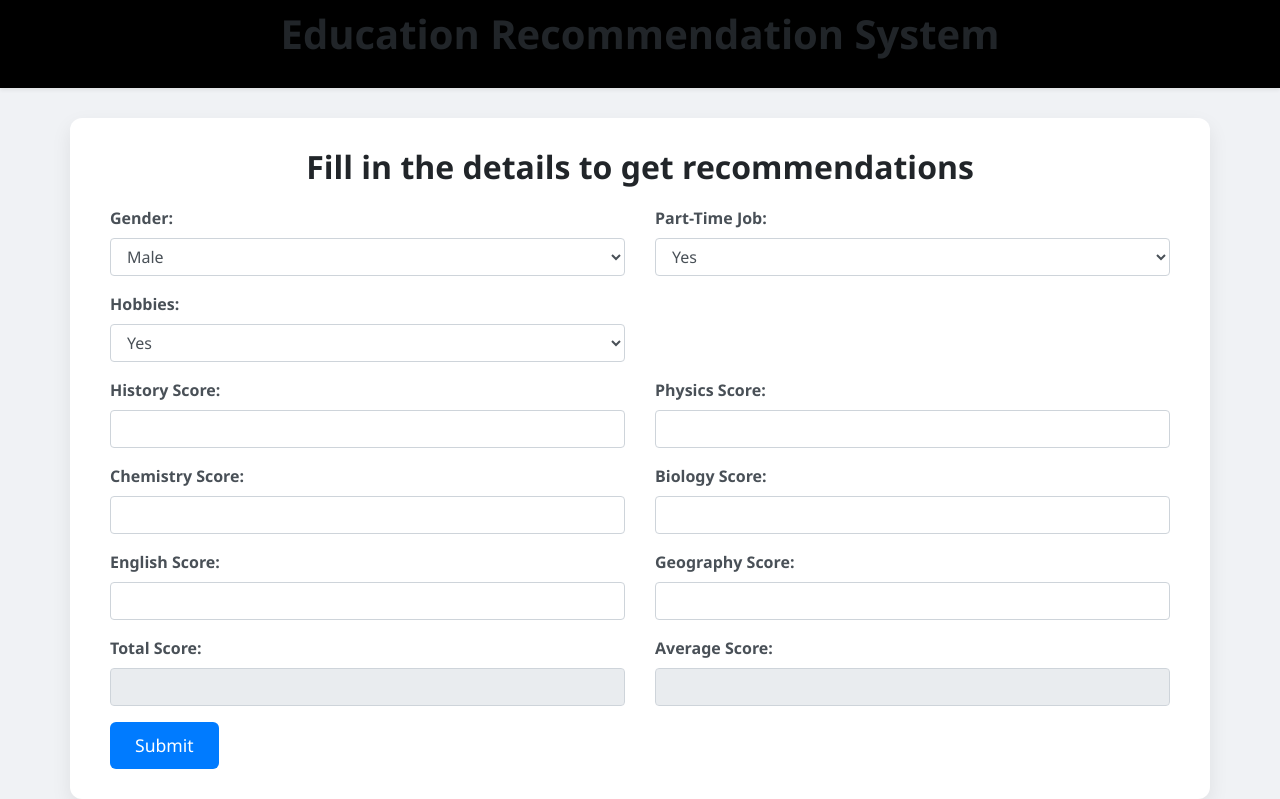
Repository: Srikeerthi05/Smart-career-guidance-system
Page: http://localhost/
An editor plug-in stored every save of this project. The page is shown before and after a run of saves, followed by the edit.
The browser window is 1280 px wide. The pictures show the whole page.
The page is served by the project's application, run on Flask 3 (app.py).

Above is the page before, as saved 2025-06-01 19:03:21.

### templates/recommend.html
<!DOCTYPE html>
<html lang="en">
<head>
    <meta charset="UTF-8">
    <meta name="viewport" content="width=device-width, initial-scale=1.0">
    <title>Studies Recommendation</title>
    <link rel="stylesheet" href="https://maxcdn.bootstrapcdn.com/bootstrap/4.5.2/css/bootstrap.min.css">
    <style>
       body {
    background-color: #f0f2f5;  /* softer light background */
    font-family: 'Segoe UI', Tahoma, Geneva, Verdana, sans-serif;
    color: #222;
}

.mynav {
    background-color: #343a40; /* dark gray/navy instead of black for modern feel */
    color: #fff;
    font-weight: 600;
    padding: 15px 0;
    box-shadow: 0 2px 6px rgba(0,0,0,0.2);
    margin-bottom: 30px;
}

h1, h2 {
    font-weight: 700;
    color: #212529;
    margin-bottom: 20px;
}

.form-control:focus {
    border-color: #007bff;
    box-shadow: 0 0 8px rgba(0,123,255,0.3);
}

.btn-primary {
    background-color: #007bff;
    border: none;
    padding: 10px 25px;
    font-size: 1.1rem;
    transition: background-color 0.3s ease;
    border-radius: 6px;
}

.btn-primary:hover {
    background-color: #0056b3;
}

.form-group label {
    font-weight: 600;
    color: #495057;
}

/* Add subtle shadows and rounded corners for containers */
.container {
    background-color: #fff;
    padding: 30px 40px;
    border-radius: 12px;
    box-shadow: 0 8px 20px rgba(0, 0, 0, 0.08);
}
body {
    background-color: #f0f2f5;  /* softer light background */
    font-family: 'Segoe UI', Tahoma, Geneva, Verdana, sans-serif;
    color: #222;
}

.mynav {
    background-color: #343a40; /* dark gray/navy instead of black for modern feel */
    color: #fff;
    font-weight: 600;
    padding: 15px 0;
    box-shadow: 0 2px 6px rgba(0,0,0,0.2);
    margin-bottom: 30px;
}

h1, h2 {
    font-weight: 700;
    color: #212529;
    margin-bottom: 20px;
}

.form-control:focus {
    border-color: #007bff;
    box-shadow: 0 0 8px rgba(0,123,255,0.3);
}

.btn-primary {
    background-color: #007bff;
    border: none;
    padding: 10px 25px;
    font-size: 1.1rem;
    transition: background-color 0.3s ease;
    border-radius: 6px;
}

.btn-primary:hover {
    background-color: #0056b3;
}

.form-group label {
    font-weight: 600;
    color: #495057;
}

/* Add subtle shadows and rounded corners for containers */
.container {
    background-color: #fff;
    padding: 30px 40px;
    border-radius: 12px;
    box-shadow: 0 8px 20px rgba(0, 0, 0, 0.08);
}

    </style>
    <script>
        function calculateScores() {
            var mathScore = parseFloat(document.getElementById("math_score").value);
            var historyScore = parseFloat(document.getElementById("history_score").value);
            var physicsScore = parseFloat(document.getElementById("physics_score").value);
            var chemistryScore = parseFloat(document.getElementById("chemistry_score").value);
            var biologyScore = parseFloat(document.getElementById("biology_score").value);
            var englishScore = parseFloat(document.getElementById("english_score").value);
            var geographyScore = parseFloat(document.getElementById("geography_score").value);

            var totalScore = mathScore + historyScore + physicsScore + chemistryScore + biologyScore + englishScore + geographyScore;
            var averageScore = totalScore / 7;

            document.getElementById("total_score").value = totalScore.toFixed(2);
            document.getElementById("average_score").value = averageScore.toFixed(2);
        }
    </script>
</head>
<body>
<div class="mynav shadow-sm" style="background:black; color:white;font-weight:bold; padding:10px;width:100%;">
        <h1 class="text-center">Education Recommendation System</h1>
    </div>
<div class="container">
    <h2 class="text-center">Fill in the details to get recommendations</h2>
    <form method="post" action="/pred">
        <div class="row">
            <div class="col-md-6">
                <div class="form-group">
                    <label for="gender">Gender:</label>
                    <select class="form-control" id="gender" name="gender">
                        <option value="male">Male</option>
                        <option value="female">Female</option>
                    </select>
                </div>
            </div>
            <div class="col-md-6">
                <div class="form-group">
                    <label for="part_time_job">Part-Time Job:</label>
                    <select class="form-control" id="part_time_job" name="part_time_job">
                        <option value="true">Yes</option>
                        <option value="false">No</option>
                    </select>
                </div>
            </div>
        </div>
        <div class="row">
            <div class="col-md-6">
                <div class="form-group">
                    <label for="extracurricular_activities">Hobbies:</label>
                    <select class="form-control" id="extracurricular_activities" name="extracurricular_activities">
                        <option value="true">Yes</option>
                        <option value="false">No</option>
                    </select>
                </div>
            </div>
        </div>



        <div class="row">
            <div class="col-md-6">
                <div class="form-group">
                    <label for="history_score">History Score:</label>
                    <input type="number" class="form-control" id="history_score" name="history_score" onchange="calculateScores()">
                </div>
            </div>
            <div class="col-md-6">
                <div class="form-group">
                    <label for="physics_score">Physics Score:</label>
                    <input type="number" class="form-control" id="physics_score" name="physics_score" onchange="calculateScores()">
                </div>
            </div>
        </div>
        <div class="row">
            <div class="col-md-6">
                <div class="form-group">
                    <label for="chemistry_score">Chemistry Score:</label>
                    <input type="number" class="form-control" id="chemistry_score" name="chemistry_score" onchange="calculateScores()">
                </div>
            </div>
            <div class="col-md-6">
                <div class="form-group">
                    <label for="biology_score">Biology Score:</label>
                    <input type="number" class="form-control" id="biology_score" name="biology_score" onchange="calculateScores()">
                </div>
            </div>
        </div>
        <div class="row">
            <div class="col-md-6">
                <div class="form-group">
                    <label for="english_score">English Score:</label>
                    <input type="number" class="form-control" id="english_score" name="english_score" onchange="calculateScores()">
                </div>
            </div>
            <div class="col-md-6">
                <div class="form-group">
                    <label for="geography_score">Geography Score:</label>
                    <input type="number" class="form-control" id="geography_score" name="geography_score" onchange="calculateScores()">
                </div>
            </div>
        </div>
        <div class="row">
            <div class="col-md-6">
                <div class="form-group">
                    <label for="total_score">Total Score:</label>
                    <input type="number" class="form-control" id="total_score" name="total_score" readonly>
                </div>
            </div>
            <div class="col-md-6">
                <div class="form-group">
                    <label for="average_score">Average Score:</label>
                    <input type="number" step="0.000001" class="form-control" id="average_score" name="average_score" readonly>
                </div>
            </div>
        </div>
        <!-- Add more form fields here as needed -->

        <button type="submit" class="btn btn-primary">Submit</button>
    </form>
</div>

</body>
</html>

### app.py
from flask import Flask, render_template, request
import numpy as np
import pickle

app = Flask(__name__)

# Load the model
model = pickle.load(open('model.pkl', 'rb'))

@app.route('/')
def home():
    return render_template('recommend.html')

@app.route('/pred', methods=['POST'])
def Recommendations():
    if request.method == 'POST':
        gender = request.form['gender']
        part_time_job = request.form['part_time_job']
        hobbies = request.form['extracurricular_activities']  # still using this name from the HTML
        intermediate_score = float(request.form['intermediate_score'])

        # Subject Scores
        history_score = float(request.form['history_score'])
        physics_score = float(request.form['physics_score'])
        chemistry_score = float(request.form['chemistry_score'])
        biology_score = float(request.form['biology_score'])
        english_score = float(request.form['english_score'])
        geography_score = float(request.form['geography_score'])
        total_score = float(request.form['total_score'])
        average_score = float(request.form['average_score'])

        # Encode categorical data
        gender_encoded = 1 if gender.lower() == 'male' else 0
        part_time_job_encoded = 1 if part_time_job.lower() == 'true' else 0
        hobbies_encoded = 1 if hobbies.lower() == 'true' else 0

        # Feature Array (adjust if you retrain your model)
        feature_array = np.array([[gender_encoded, part_time_job_encoded, hobbies_encoded,
                                   intermediate_score, history_score, physics_score,
                                   chemistry_score, biology_score, english_score,
                                   geography_score, total_score, average_score]])

        prediction = model.predict(feature_array)
        output = prediction[0]

        return render_template('recommend.html', prediction_text=f'Recommended Career Path: {output}')

if __name__ == '__main__':
    app.run(debug=True)

After the next 2 saves:
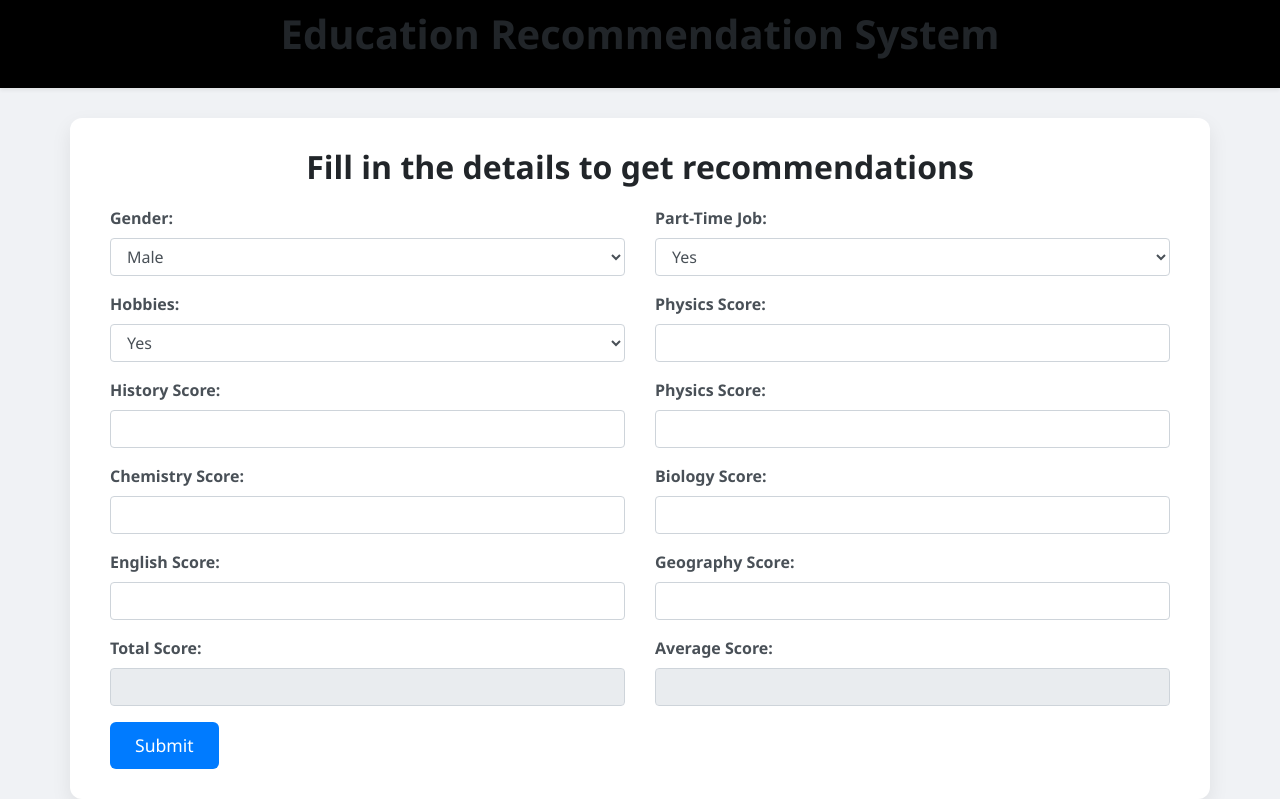
The 2 saves are shown as one change because they came seconds apart.
The last was saved 24 s later.
--- a/templates/recommend.html
+++ b/templates/recommend.html
@@ -165,6 +165,12 @@ h1, h2 {
                     </select>
                 </div>
             </div>
+             <div class="col-md-6">
+                <div class="form-group">
+                    <label for="physics_score">Physics Score:</label>
+                    <input type="number" class="form-control" id="physics_score" name="physics_score" onchange="calculateScores()">
+                </div>
+            </div>
         </div>
 
 
